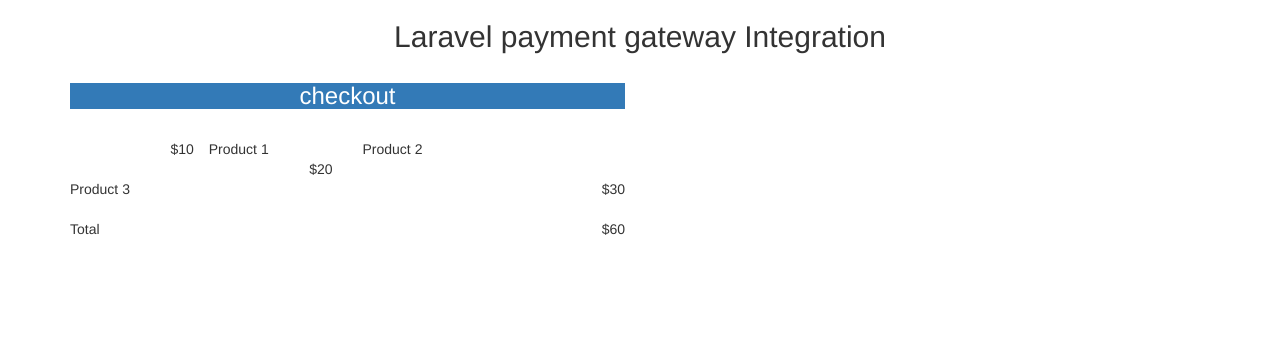
Repository: Raisul1239/stripe
Page: http://localhost/checkout
An editor plug-in stored every save of this project. The page is shown before and after the next save, followed by the edit.
The browser window is 1280 px wide. The pictures show the whole page.
The page is served by the project's Laravel application, run on PHP 8.4 with Laravel 8. Other server files are loaded and not shown.

Above is the page before, as saved 2020-02-24 10:33:50.

### routes/web.php
<?php

/*
|--------------------------------------------------------------------------
| Web Routes
|--------------------------------------------------------------------------
|
| Here is where you can register web routes for your application. These
| routes are loaded by the RouteServiceProvider within a group which
| contains the "web" middleware group. Now create something great!
|
*/

Route::get('/', function () {
    return view('welcome');
});
Route::get('checkout','CheckoutController@index')->name('checkout.page');

### app/Http/Controllers/CheckoutController.php
<?php

namespace App\Http\Controllers;

use Illuminate\Http\Request;

class CheckoutController extends Controller
{
    //
    public function index(){
        return view ('checkout-page');
    }
}

### resources/views/checkout-page.blade.php
<!DOCTYPE html>
<html lang="en">

<head>
    <title>Bootstrap Example</title>
    <meta charset="utf-8">
    <meta name="viewport" content="width=device-width,
initial-scale=1">
    <link rel="stylesheet" href="https://maxcdn.bootstrapcdn.com/bootstrap/3.4.1/css/bootstrap.min.css">

    <!-- jQuery library -->
    <script src="https://ajax.googleapis.com/ajax/libs/jquery/3.4.1/jquery.min.js"></script>

    <!-- Latest compiled JavaScript -->
    <script src="https://maxcdn.bootstrapcdn.com/bootstrap/3.4.1/js/bootstrap.min.js"></script>
</head>

<body>
    <div class="container">
        <h2 align="center">Laravel payment gateway Integration</h2>
        <div class="row">
            <div class="col-lg-6">
                <div class="card">
                    <div class="card-header bg-primary text-center">
                        <h3>checkout</h3>
                    </div>
                    <div class="card-body">
                        <dic class="row">
                            <div class="col-lg-6">Product 1</divf>
                                <div class="col-lg-6 text-right">$10</div>
                            </div>
                            <div class="row">
                                <div class="col-lg-6">Product 2</div>
                                <div class="col-lg-6 text-right">$20</div>
                            </div>
                            <div class="row">
                                <div class="col-lg-6">Product 3</div>
                                <div class="col-lg-6 text-right">$30</div>
                            </div>
                    </div>
                    <div class="card-footer">
                        <div class="row" style="...">
                            <div class="col-lg-6">Total</div>
                            <div class="col-lg-6 text-right">$60</div>
                        </div>
                        <br>
                    </div>
                    <div class="col-lg-6">

                    </div>
                </div>
            </div>
        </div>
</body>

</html>

Loaded but not shown: app/Http/Controllers/Controller.php (common file)

After the next save:
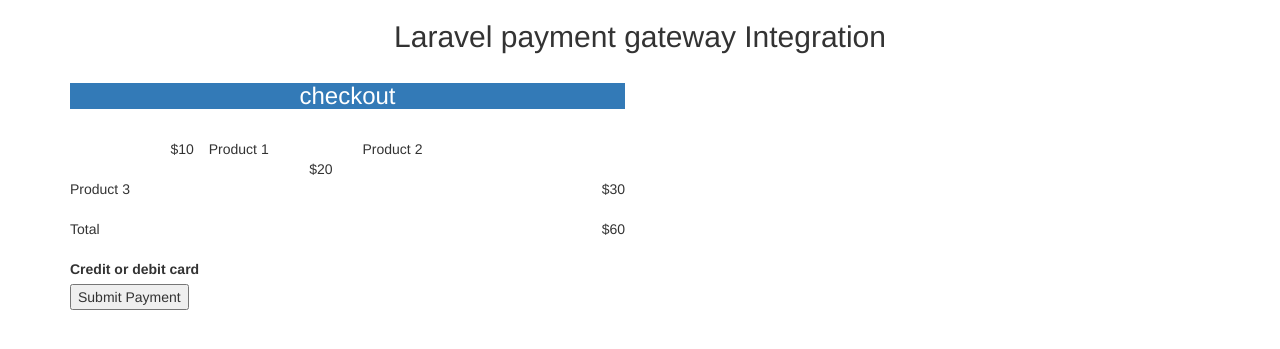
Saved 7 min 27 s later.
--- a/resources/views/checkout-page.blade.php
+++ b/resources/views/checkout-page.blade.php
@@ -44,6 +44,23 @@
                             <div class="col-lg-6 text-right">$60</div>
                         </div>
                         <br>
+                        <script src="https://js.stripe.com/v3/"></script>
+
+                        <form action="/charge" method="post" id="payment-form">
+                            <div class="form-row">
+                                <label for="card-element">
+                                    Credit or debit card
+                                </label>
+                                <div id="card-element">
+                                    <!-- A Stripe Element will be inserted here. -->
+                                </div>
+
+                                <!-- Used to display form errors. -->
+                                <div id="card-errors" role="alert"></div>
+                            </div>
+
+                            <button>Submit Payment</button>
+                        </form>
                     </div>
                     <div class="col-lg-6">
 
